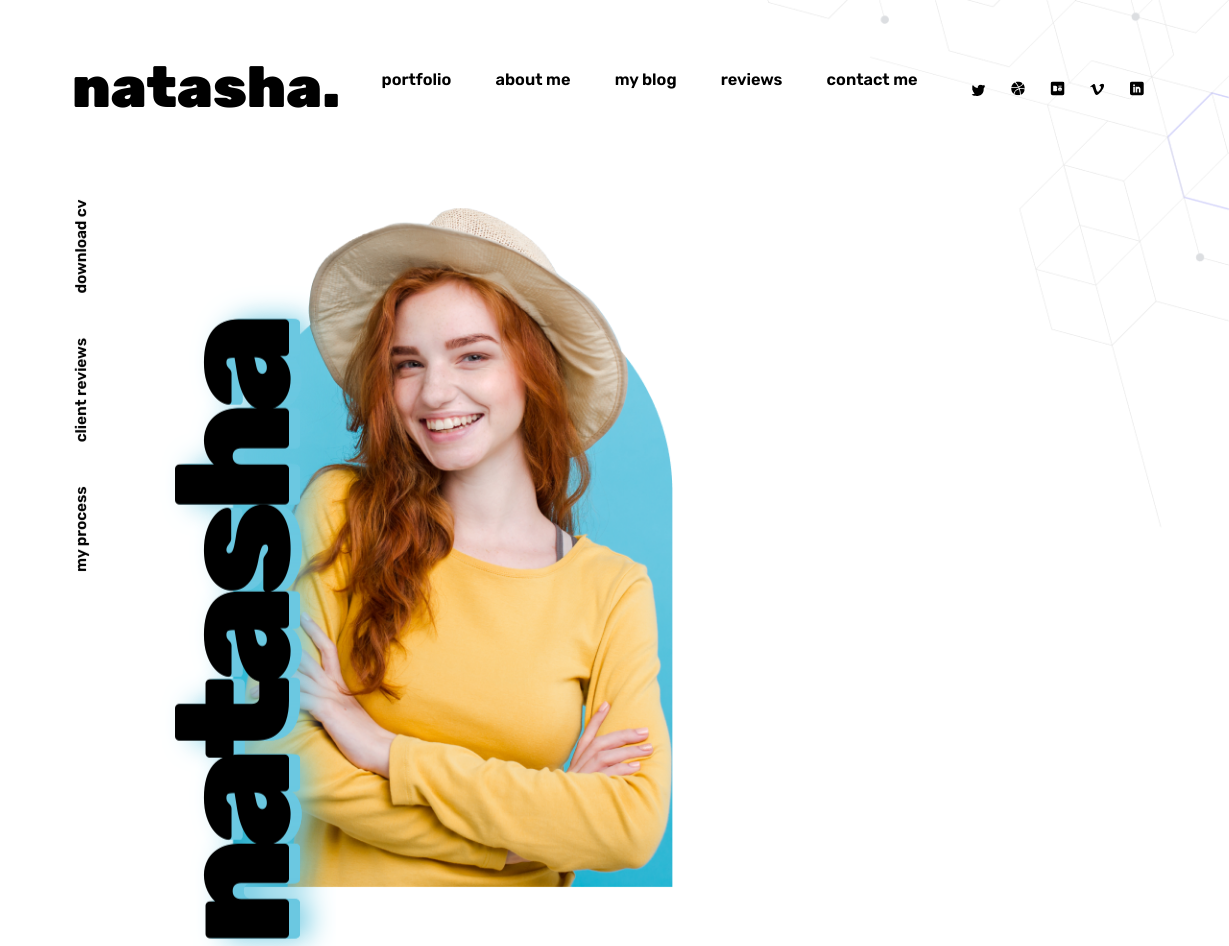
Repository: BuduCE/landing-page
Page: natasha-lp/index.html
These files come from the project's save history. The page is drawn as it stood at one moment and after a run of saves; the edit follows.
The browser window is 1280 px wide. The pictures show the whole page, at 96% of full size.

Above is the page before, as saved 2022-03-04 22:51:08.

After the next 3 saves:
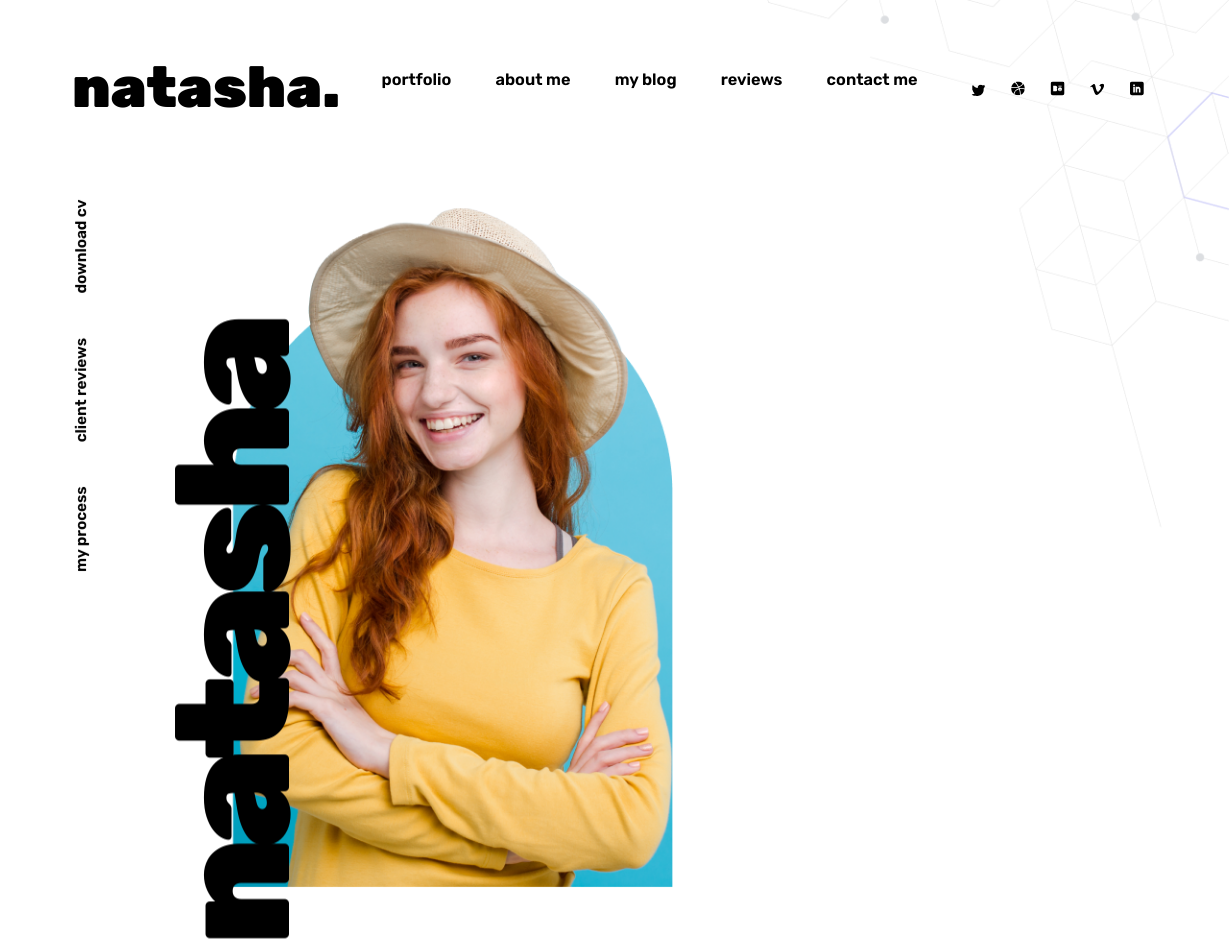
The 3 saves are shown as one change because they came seconds apart.
The last was saved 3 min 55 s later.
--- a/natasha-lp/assets/css/style.css
+++ b/natasha-lp/assets/css/style.css
@@ -99,12 +99,5 @@ header {
     font-size: 10.452rem;
     line-height: 13.25rem;
     letter-spacing: -0.7rem;
-    text-shadow: 0 1px 0 #6BC8E1, 0 2px 0 #6BC8E1,
-                     0 3px 0 #6BC8E1, 0 4px 0 #6BC8E1,
-                     0 5px 0 #6BC8E1, 0 6px 0 #6BC8E1,
-                     0 7px 0 #6BC8E1, 0 8px 0 #6BC8E1,
-                     0 9px 0 #6BC8E1, 0 10px 0 #6BC8E1,
-                     0 11px 0 #6BC8E1, 0 12px 0 #6BC8E1,
-                     0 20px 30px rgba(107, 200, 225, 1);
-                     ;
+    text-shadow: -1px -2px 0 #6bc8e1, -3px -9px 0 #6bc8e1, -6px -9px 0 #6bc8e1, 0 4px 0 #6bc8e1,;
 }
